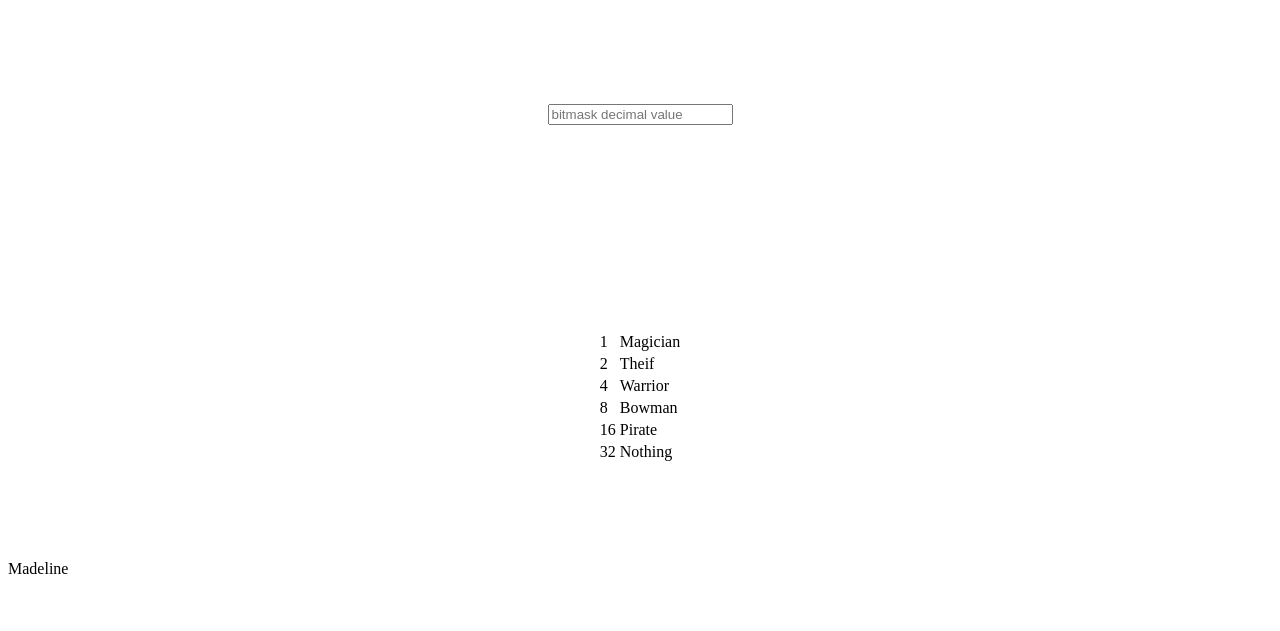
Repository: madelinestruthers/madeline-project
Page: /
These files come from the project's save history. The page is drawn as it stood at one moment and after the next save; the edit follows.
The browser window is 1280 px wide. The pictures show the whole page.
The project was rebuilt for these pictures with package versions that can differ from the ones it lists, and the page was loaded fresh each time. The framework's server and built-in components were replaced by stand-ins that run in the browser. Also part of the build but not shown: next.config.mjs.

Above is the page before, as saved 2024-01-29 20:30:47.

### pages/index.js
import Head from "next/head";
import styles from "@/styles/Home.module.css";
import { useState } from "react";
import Footer from "@/components/Footer";
import Header from "@/components/Header";

export default function Home() {


const classFilters = {
  1: 'Magician',
  2: 'Theif',
  4: 'Warrior',
  8: 'Bowman',
  16: 'Pirate',
  32: 'Nothing'
}

const [input, setInput] = useState();

const getClassStyle = flagValue => (input & flagValue) > 0 ? { backgroundColor: 'yellow' } : null;

  return (
    <>
      <Head>
        <title>Create Next App</title>
        <meta name="description" content="Generated by create next app" />
        <meta name="viewport" content="width=device-width, initial-scale=1" />
        <link rel="icon" href="/favicon.ico" />
      </Head>
      <Header/>
      <main className={`${styles.main}`}>
        <input
        id="input"
        type="text"
        placeholder="bitmask decimal value"
        value={input}
        onChange={event => setInput(event.target.value)}
        />
        <table>
          <tbody>
            {
              Object.keys(classFilters).map(item => (
                <tr key={item} style={getClassStyle(item)}>
                  <td>{item}</td>
                  <td>{classFilters[item]}</td>
                </tr>
              ))
            }
          </tbody>
        </table>
      </main>

        <Footer/>
      </>

  );
}

### styles/Home.module.css
.main {
  display: flex;
  flex-direction: column;
  justify-content: space-between;
  align-items: center;
  padding: 6rem;
  min-height: 50vh;

}

### components/Footer/index.js
import styles from './Footer.module.css'

export default function Footer(){
    return(
        <>
        Madeline
        </>
    )
}

### components/Header/index.js
import styles from './Header.module.css'

export default function Header(){

    return(
        <>
        </>
    )
}

Loaded but not shown: pages/_app.js (common file); pages/_document.js (common file); styles/globals.css (common file); components/Footer/Footer.module.css (no stored copy; drawn as an empty file); components/Header/Header.module.css (no stored copy; drawn as an empty file)

After the next save:
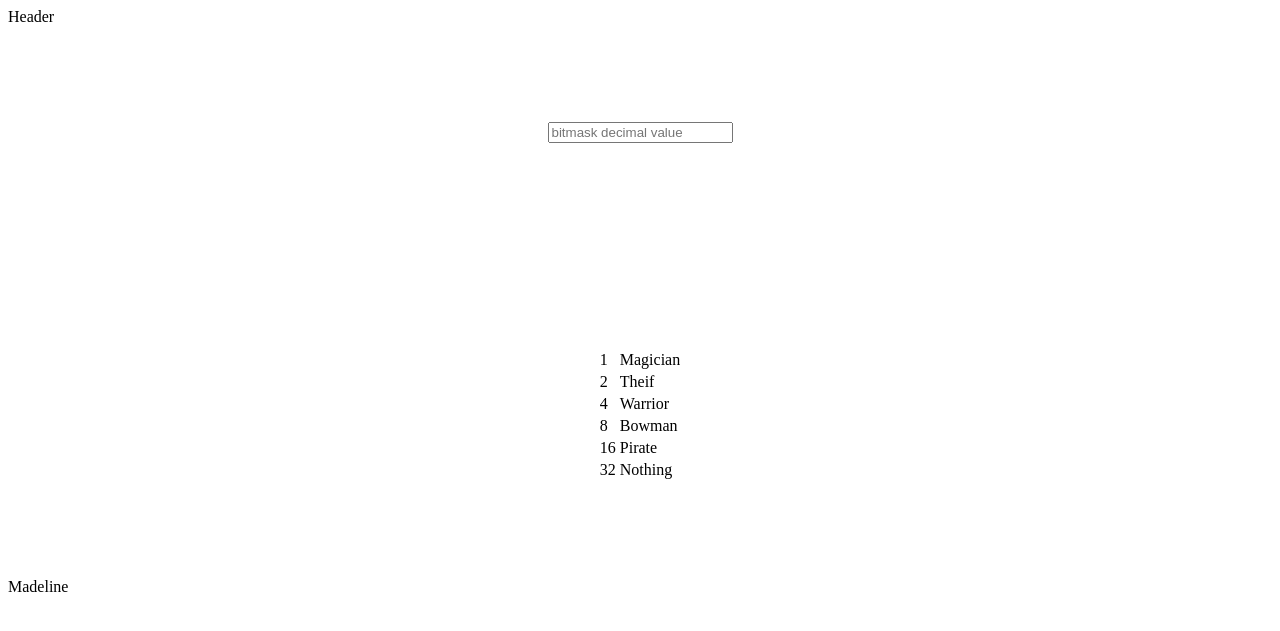
Saved 35 s later.
--- a/components/Header/index.js
+++ b/components/Header/index.js
@@ -4,6 +4,7 @@ export default function Header(){
 
     return(
         <>
+        Header
         </>
     )
 }
